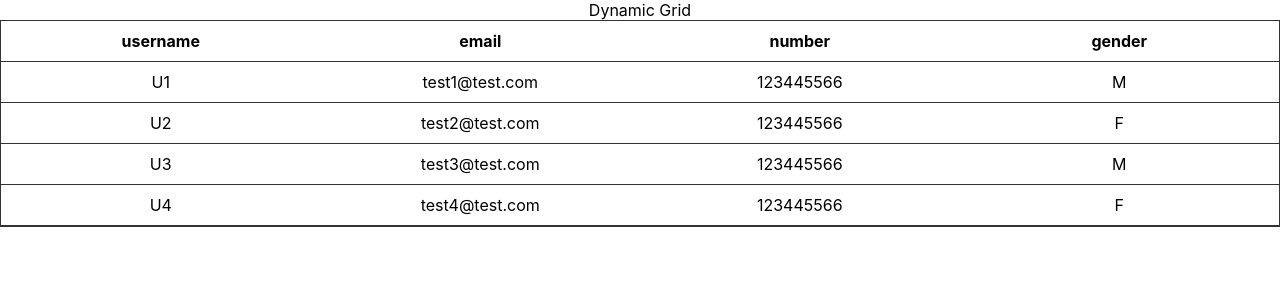
Repository: mayank-tavisca/dynamic-grids
Page: /
These files come from the project's save history. The page is drawn as it stood at one moment and after the next save; the edit follows.
The browser window is 1280 px wide. The pictures show the whole page.
The project was rebuilt for these pictures with package versions that can differ from the ones it lists, and the page was loaded fresh each time.

Above is the page before, as saved 2020-02-04 10:53:46.

### src/App.tsx
import React from "react";
import logo from "./logo.svg";
import "./App.css";
import DynamicGrid from "./dynamic-grid/dynamicGrid";

const Data = {
  tableHeaders: [
    { label: "User Names", value: "username" },
    { label: "Emails", value: "email" },
    { label: "Phone number", value: "number" },
    { label: "Gender", value: "gender" }
  ],
  tableData: [
    { username: "U1", email: "test1@test.com", number: 123445566, gender: "M" },
    { username: "U2", email: "test2@test.com", number: 123445566, gender: "F" },
    { username: "U3", email: "test3@test.com", number: 123445566, gender: "M" },
    { username: "U4", email: "test4@test.com", number: 123445566, gender: "F" }
  ]
};

const App = () => {
  return (
    <div className="App">
      <DynamicGrid data={Data} />
    </div>
  );
};

export default App;

### src/dynamic-grid/dynamicGrid.tsx
import React, { FC, useEffect, useState } from "react";
import Style from "./dynamicGrid.module.scss";

interface IProps {
  data: any;
}

enum PaginationLocation {
  TOP,
  BOTTOM
}

interface IPagination {
  showPagination: boolean;
  defaultRowsCount: number;
  activePane: number;
  position: PaginationLocation;
}

interface ITableConfig {
  rows: number;
  cols: number;
  headerData: any;
  data: any;
  pagination: IPagination;
}

const DynamicGrid: React.FC<IProps> = ({ data }) => {
  const [showTable, setShowTable]: any = useState(false);
  const [tableConfig, setTableConfig]: any = useState({
    rows: 0,
    cols: 0,
    defaultRowCount: 5,
    pagination: false,
    headerData: [],
    data: []
  });

  //   let tableConfig: ITableConfig = ;

  useEffect(() => {
    parseData();
  }, []);

  const parseData = () => {
    tableConfig.rows = data.tableData.length;
    tableConfig.cols = Object.keys(data.tableData).length;
    (Object.keys(data.tableData[0]) || []).forEach((key: any) => {
      tableConfig.headerData.push(key);
    });
    tableConfig.data = data.tableData;
    setTableConfig(tableConfig);
    setShowTable(true);
  };

  const renderHeader = () => {
    return (
      <div className={Style.tableRow}>
        {tableConfig.headerData.map((item: any) => {
          return (
            <span className={`${Style.tableCell} ${Style.tableHeader}`}>
              {item}
            </span>
          );
        })}
      </div>
    );
  };

  const renderRow = (data: any) => {
    return Object.keys(data).map(key => {
      return <span className={`${Style.tableCell}`}>{data[key]}</span>;
    });
  };

  const renderData = () => {
    return tableConfig.data.map((item: any) => {
      return <div className={Style.tableRow}>{renderRow(item)}</div>;
    });
  };

  return (
    <div>
      Dynamic Grid
      {/* <table className={Style.table}>
        <thead>{renderHeader()}</thead>
        {renderData()}
      </table> */}
      <div className={Style.table}>
        {renderHeader()}
        {renderData()}
      </div>
    </div>
  );
};

export default DynamicGrid;

### src/dynamic-grid/dynamicGrid.module.scss
.table {
  display: flex;
  flex-direction: column;
  border: 1px solid #333;

  .tableRow {
    display: flex;
    flex-direction: row;
    border-bottom: 1px solid #333;

    .tableCell {
      flex: 1 0 0;
      padding: 10px 24px;
    }

    .tableHeader {
      font-weight: bold;
    }
  }
}

Loaded but not shown: public/index.html (common file); src/index.tsx (common file); src/index.css (common file); src/serviceWorker.ts (common file); src/App.css (common file)

After the next save:
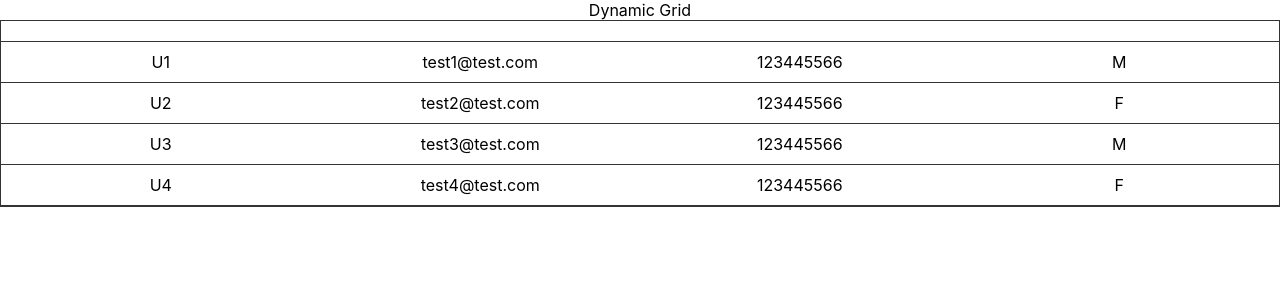
Saved 52 s later.
--- a/src/dynamic-grid/dynamicGrid.tsx
+++ b/src/dynamic-grid/dynamicGrid.tsx
@@ -45,9 +45,7 @@ const DynamicGrid: React.FC<IProps> = ({ data }) => {
   const parseData = () => {
     tableConfig.rows = data.tableData.length;
     tableConfig.cols = Object.keys(data.tableData).length;
-    (Object.keys(data.tableData[0]) || []).forEach((key: any) => {
-      tableConfig.headerData.push(key);
-    });
+    tableConfig.headerData = data.tableHeaders;
     tableConfig.data = data.tableData;
     setTableConfig(tableConfig);
     setShowTable(true);
@@ -59,7 +57,7 @@ const DynamicGrid: React.FC<IProps> = ({ data }) => {
         {tableConfig.headerData.map((item: any) => {
           return (
             <span className={`${Style.tableCell} ${Style.tableHeader}`}>
-              {item}
+              {tableConfig.headerData[item]}
             </span>
           );
         })}
